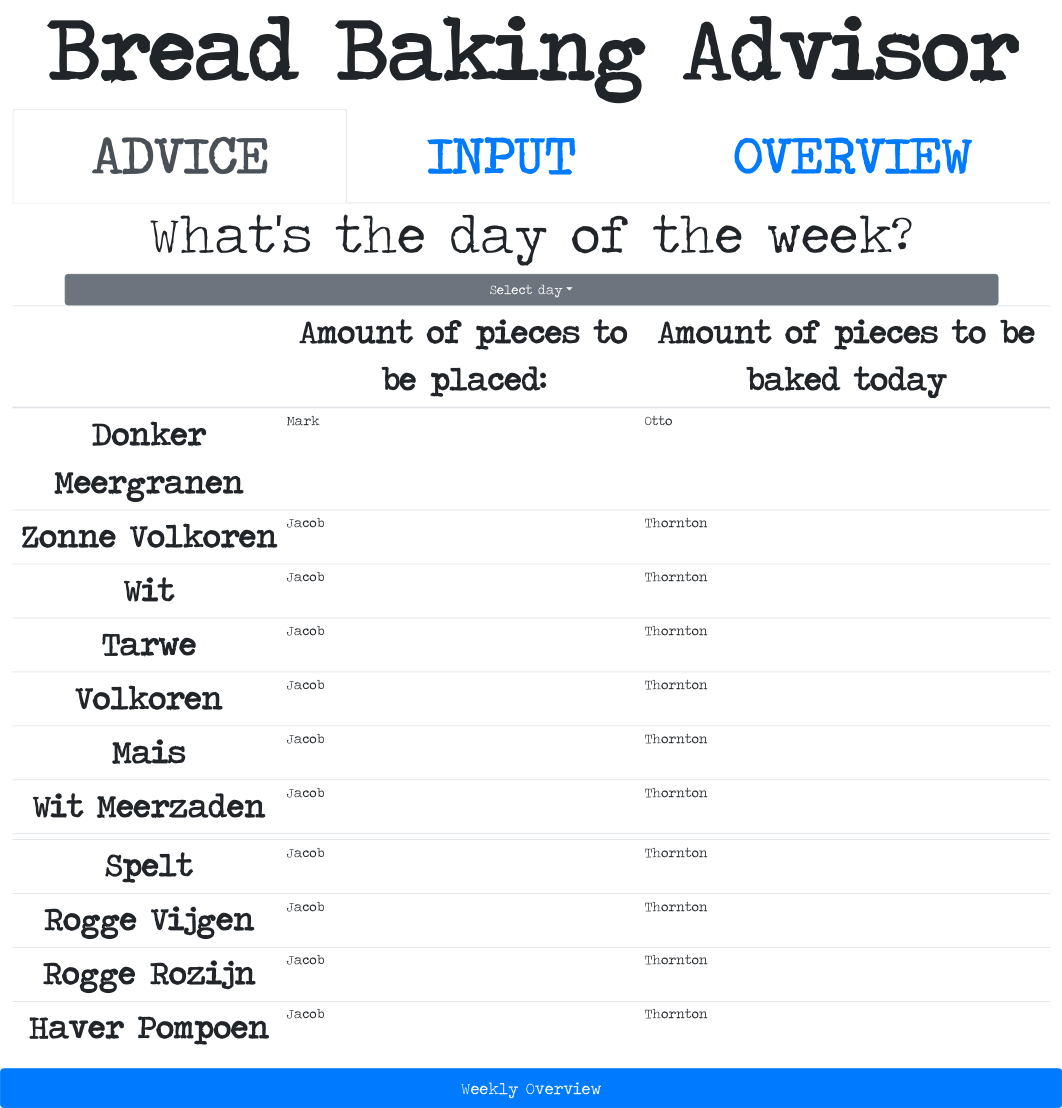
Repository: MarthGimenzo/bread-baking-advisor
Page: index.html
The author's editor kept a record of every edit. The page is drawn from the files as they stood at one moment, then again after the next edit.
The browser window is 1280 px wide. The pictures show the whole page, at 83% of full size.

Above is the page before.

### index.html
<!doctype html>
<html lang="en">

<head>
    <!-- Required meta tags -->
    <meta charset="utf-8">
    <meta name="viewport" content="width=device-width, initial-scale=1, shrink-to-fit=no">

    <!-- Bootstrap CSS -->
    <link rel="stylesheet" href="https://stackpath.bootstrapcdn.com/bootstrap/4.3.1/css/bootstrap.min.css" integrity="sha384-ggOyR0iXCbMQv3Xipma34MD+dH/1fQ784/j6cY/iJTQUOhcWr7x9JvoRxT2MZw1T" crossorigin="anonymous">
    <link rel="stylesheet" href="" type="text/css" />
    <link rel="stylesheet" href="assets/css/stylesheet.css" type="text/css" charset="utf-8" />
    <title>Bread Baking Advisor</title>
</head>

<body>

    <h1>Bread Baking Advisor</h1>
    <div class="container-fluid">
        <ul class="nav nav-tabs nav-fill">
            <li class="nav-item">
                <a class="nav-link active" href="#">ADVICE</a>
            </li>
            <li class="nav-item">
                <a class="nav-link" href="#">INPUT</a>
            </li>
            <li class="nav-item">
                <a class="nav-link" href="#">OVERVIEW</a>
            </li>
        </ul>
    </div>
    <h2>What's the day of the week?</h2>
    <div class="container-fluid">
        <div class="dropdown">
            <button class="btn btn-secondary dropdown-toggle" type="button" id="dropdownMenuButton" data-toggle="dropdown" aria-haspopup="true" aria-expanded="false">Select day</button>
            <div class="dropdown-menu" aria-labelledby="dropdownMenuButton">
                <a class="dropdown-item" href="#">Tuesday</a>
                <a class="dropdown-item" href="#">Wednesday</a>
                <a class="dropdown-item" href="#">Thursday</a>
                <a class="dropdown-item" href="#">Friday</a>
                <a class="dropdown-item" href="#">Saturday</a>
                <a class="dropdown-item" href="#">Sunday</a>
            </div>
        </div>
    </div>
    <div class="container-fluid">
        <table class="table table-sm">
            <thead>
                <tr>
                    <th scope="col"></th>
                    <th scope="col">Amount of pieces to be placed:</th>
                    <th scope="col">Amount of pieces to be baked today</th>

                </tr>
            </thead>
            <tbody>
                <tr>
                    <th scope="row">Donker Meergranen</th>
                    <td>Mark</td>
                    <td>Otto</td>
                </tr>
                <tr>
                    <th scope="row">Zonne Volkoren</th>
                    <td>Jacob</td>
                    <td>Thornton</td>
                </tr>
                <tr>
                    <th scope="row">Wit</th>
                    <td>Jacob</td>
                    <td>Thornton</td>
                </tr>
                <tr>
                    <th scope="row">Tarwe</th>
                    <td>Jacob</td>
                    <td>Thornton</td>
                </tr>
                <tr>
                    <th scope="row">Volkoren</th>
                    <td>Jacob</td>
                    <td>Thornton</td>
                </tr>
                <tr>
                    <th scope="row">Mais</th>
                    <td>Jacob</td>
                    <td>Thornton</td>
                </tr>
                <tr>
                    <th scope="row">Wit Meerzaden</th>
                    <td>Jacob</td>
                    <td>Thornton</td>
                </tr>
                <tr>
                    <th scope="row"></th>
                    <td></td>
                    <td></td>
                </tr>
                <tr>
                    <th scope="row">Spelt</th>
                    <td>Jacob</td>
                    <td>Thornton</td>
                </tr>
                <tr>
                    <th scope="row">Rogge Vijgen</th>
                    <td>Jacob</td>
                    <td>Thornton</td>
                </tr>
                <tr>
                    <th scope="row">Rogge Rozijn</th>
                    <td>Jacob</td>
                    <td>Thornton</td>
                </tr>
                <tr>
                    <th scope="row">Haver Pompoen</th>
                    <td>Jacob</td>
                    <td>Thornton</td>
                </tr>
            </tbody>
        </table>
    </div>
<footer>
    <button type="button" class="btn btn-primary btn-lg btn-block">Weekly Overview</button>
</footer>



    <!-- Optional JavaScript -->
    <!-- jQuery first, then Popper.js, then Bootstrap JS -->
    <script src="https://code.jquery.com/jquery-3.3.1.slim.min.js" integrity="sha384-q8i/X+965DzO0rT7abK41JStQIAqVgRVzpbzo5smXKp4YfRvH+8abtTE1Pi6jizo" crossorigin="anonymous"></script>
    <script src="https://cdnjs.cloudflare.com/ajax/libs/popper.js/1.14.7/umd/popper.min.js" integrity="sha384-UO2eT0CpHqdSJQ6hJty5KVphtPhzWj9WO1clHTMGa3JDZwrnQq4sF86dIHNDz0W1" crossorigin="anonymous"></script>
    <script src="https://stackpath.bootstrapcdn.com/bootstrap/4.3.1/js/bootstrap.min.js" integrity="sha384-JjSmVgyd0p3pXB1rRibZUAYoIIy6OrQ6VrjIEaFf/nJGzIxFDsf4x0xIM+B07jRM" crossorigin="anonymous"></script>
</body>

</html>

### assets/css/stylesheet.css
/*! Generated by Font Squirrel (https://www.fontsquirrel.com) on October 22, 2019 */

@font-face {
    font-family: 'traveling__typewriterregular';
    src: url('fonts/travelingtypewriter-webfont.woff2') format('woff2'),
         url('fonts/travelingtypewriter-webfont.woff') format('woff');
    font-weight: normal;
    font-style: normal;

}



h1 {
  font-size: 8vw;
  text-align: center;
  font-weight: bold;
}

h2 {
  font-size: 5vw;
  text-align: center;
}

th {
  font-size: 3vw;
  text-align: center;
}

.nav-link {
  font-size: 5vw;
  text-align: center;
  font-weight: bold;
}

.dropdown {
  font-size: 1vw;
  text-align: center;
  font-weight: bold;

}

.table-sm td, .table-sm th {
    padding: .2rem;
}

button {
  width: 90%;

}

body {
    font-family: 'traveling__typewriterregular', Arial, sans-serif;

}

After the next edit:
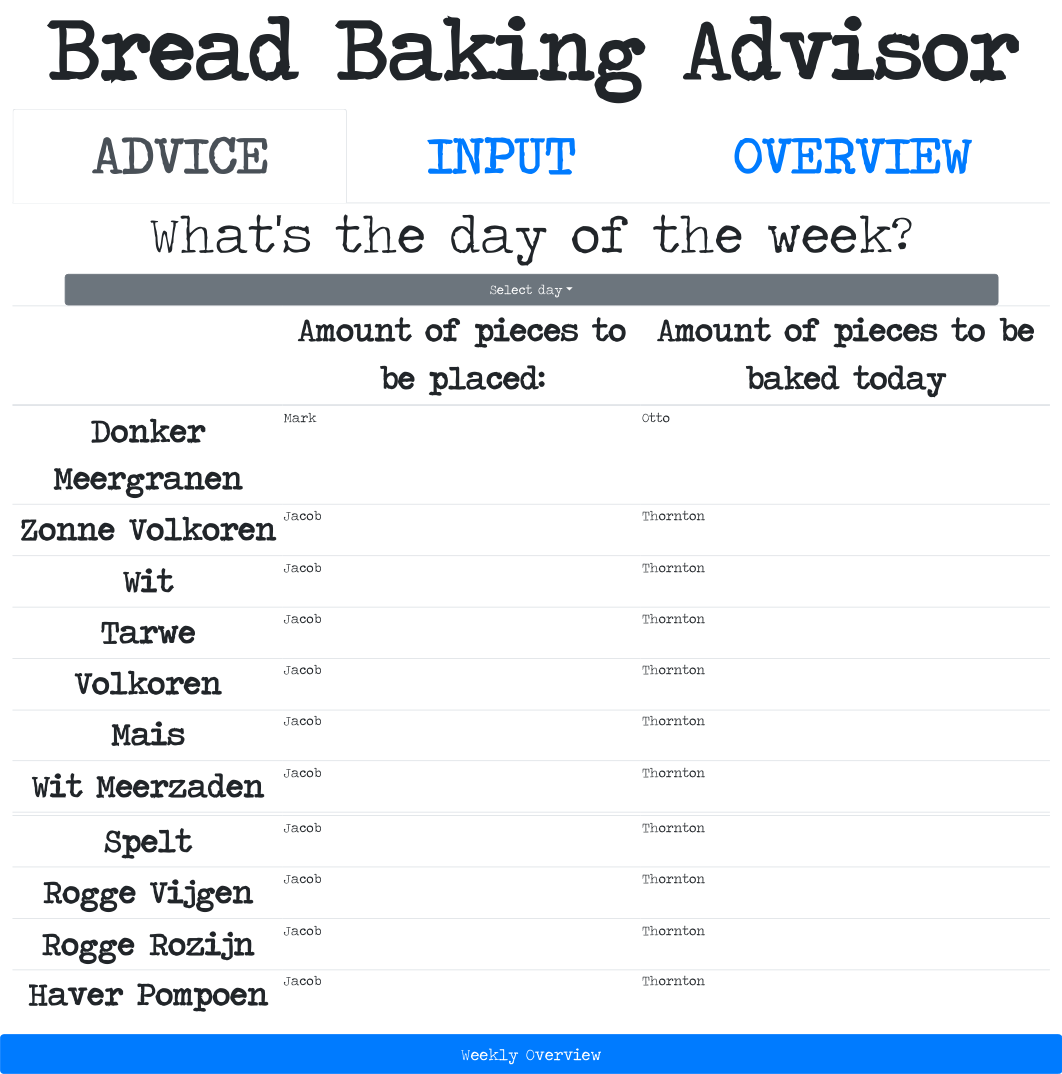
The edit:
--- a/assets/css/stylesheet.css
+++ b/assets/css/stylesheet.css
@@ -41,7 +41,7 @@
 }
 
 .table-sm td, .table-sm th {
-    padding: .2rem;
+    padding: .1rem;
 }
 
 button {
